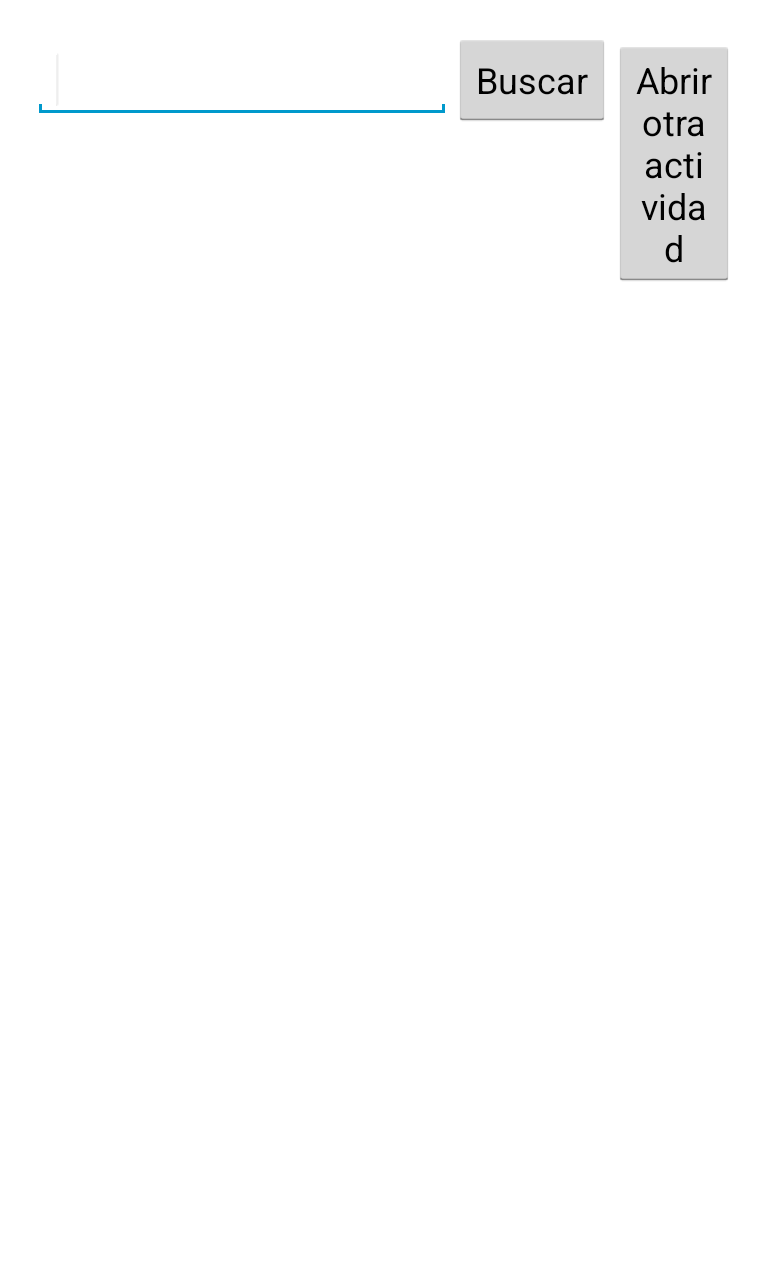
Repository: Kenwal/DemosS1
Layout: Demo3/res/layout/activity_main.xml
An editor plug-in stored every save of this project. The layout is shown before and after the next save, followed by the edit.
It is drawn on a 768 x 1280 px phone screen (xhdpi) without system bars, with theme AppTheme; the app's code is not run.

Above is the layout before, as saved 2014-01-23 15:08:07.

### Demo3/res/layout/activity_main.xml
<LinearLayout xmlns:android="http://schemas.android.com/apk/res/android"
    xmlns:tools="http://schemas.android.com/tools"
    android:layout_width="match_parent"
    android:layout_height="match_parent"
    android:paddingBottom="@dimen/activity_vertical_margin"
    android:paddingLeft="@dimen/activity_horizontal_margin"
    android:paddingRight="@dimen/activity_horizontal_margin"
    android:paddingTop="@dimen/activity_vertical_margin"
    tools:context=".MainActivity" >

    <EditText
        android:id="@+id/editTextSearchQuery"
        android:layout_width="wrap_content"
        android:layout_height="wrap_content"
        android:inputType="text"
        android:ems="10" >

        <requestFocus />
    </EditText>

    <Button
        android:id="@+id/btnSearch"
        android:layout_width="wrap_content"
        android:layout_height="wrap_content"
        android:text="@string/btn_search" />

    <Button
        android:id="@+id/btnOpenActivity"
        android:layout_width="wrap_content"
        android:layout_height="wrap_content"
        android:text="@string/btn_open_activity" />

</LinearLayout>

### Demo3/res/values/strings.xml
<?xml version="1.0" encoding="utf-8"?>
<resources>

    <string name="app_name">Demo 3</string>
    <string name="action_settings">Settings</string>
    <string name="hello_world">Hola Android!</string>
    <string name="btn_search">Buscar</string>
    <string name="btn_open_activity">Abrir otra actividad</string>
    <string name="btn_list">Listado</string>
    <string name="title_activity_show_search_query">ShowSearchQueryActivity</string>

</resources>

Loaded but not shown: Demo3/res/values/styles.xml (common file); Demo3/res/values-v11/styles.xml (common file); Demo3/res/values-v14/styles.xml (common file); Demo3/res/values/dimens.xml (common file)

After the next save:
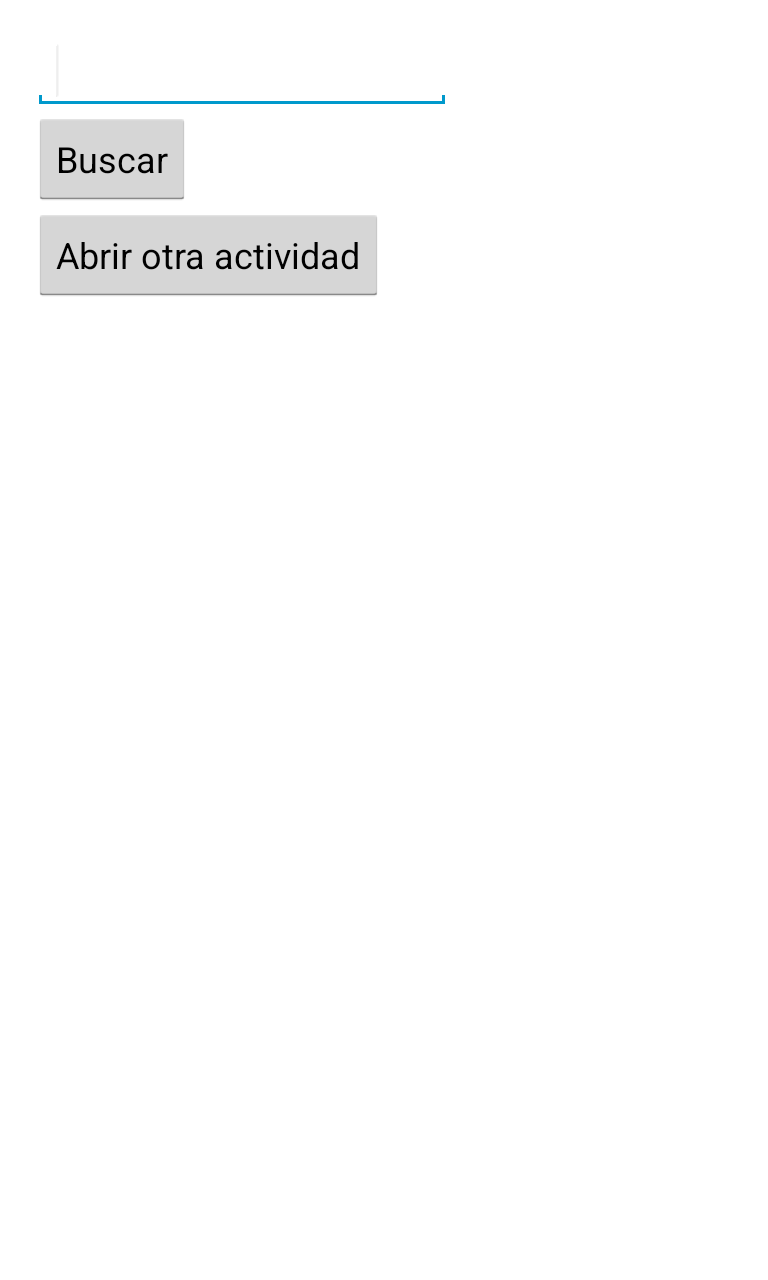
Saved 67 s later.
--- a/Demo3/res/layout/activity_main.xml
+++ b/Demo3/res/layout/activity_main.xml
@@ -6,6 +6,7 @@
     android:paddingLeft="@dimen/activity_horizontal_margin"
     android:paddingRight="@dimen/activity_horizontal_margin"
     android:paddingTop="@dimen/activity_vertical_margin"
+    android:orientation="vertical"
     tools:context=".MainActivity" >
 
     <EditText
